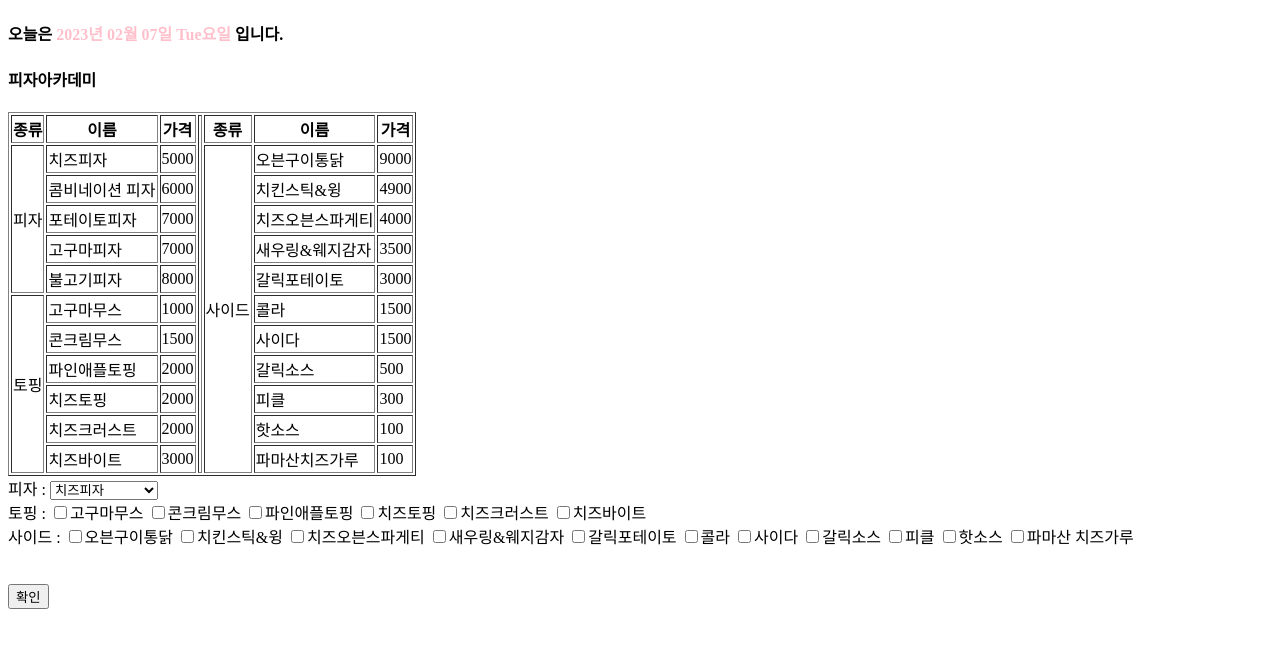
Repository: yejin0220/Web-workspace1
Page: http://localhost/2_JSP/views/04_PizzaOrderForm.jsp
These files come from the project's save history. The page is drawn as it stood at one moment and after the next save; the edit follows.
The browser window is 1280 px wide. The pictures show the whole page.
The page is served by Tomcat 9.

Above is the page before, as saved 2023-02-09 03:08:38.

After the next save:
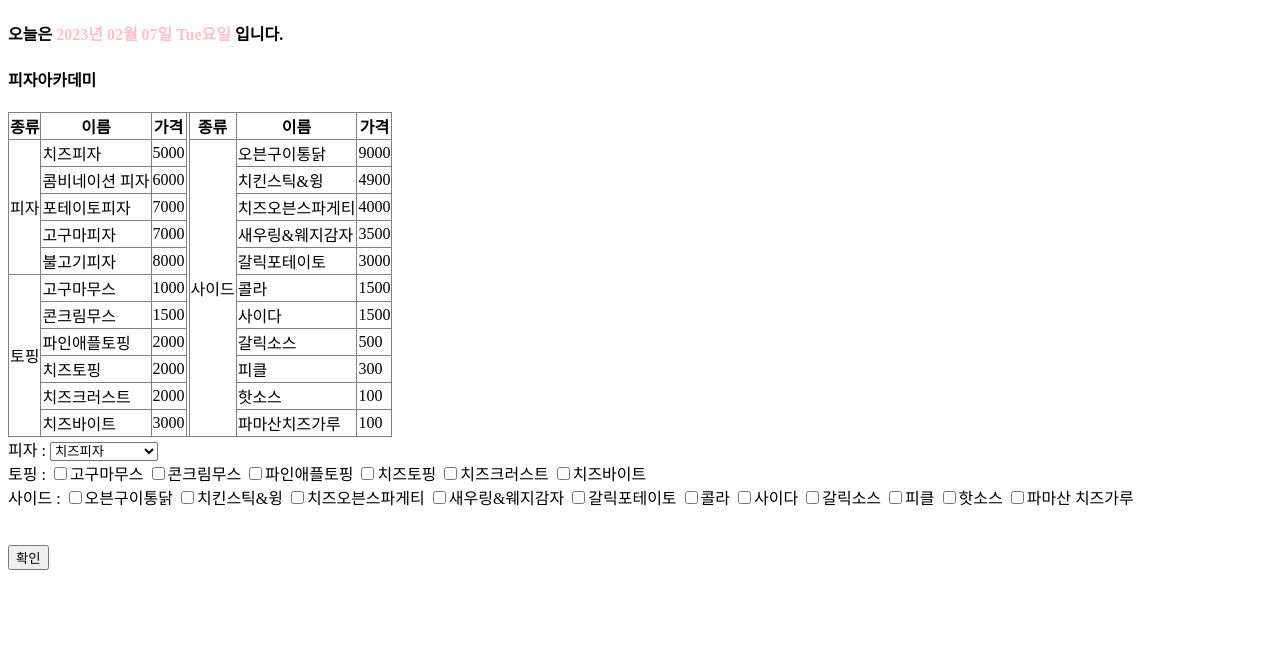
Saved 7 min 17 s later.
--- a/2_JSP/WebContent/views/04_PizzaOrderForm.jsp
+++ b/2_JSP/WebContent/views/04_PizzaOrderForm.jsp
@@ -8,6 +8,7 @@
 <title>피자 주문 페이지</title>
 <style>
 	span{color:pink;}
+	table{border-collapse:collapse;}
 </style>
 </head>
 <body>
